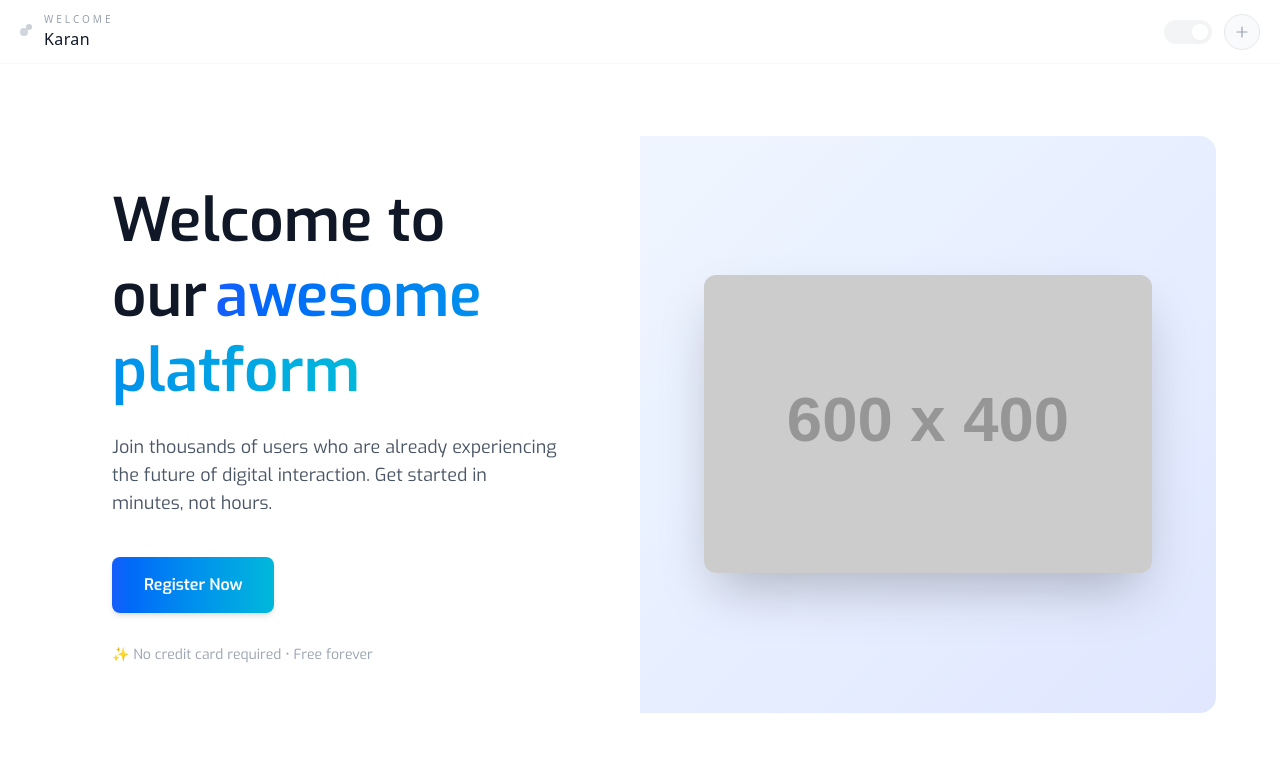
Repository: deepak445566/job
Page: / (app in frontend/)
An editor plug-in stored every save of this project. The page is shown before and after the next save, followed by the edit.
The browser window is 1280 px wide. The pictures show the whole page.
The page's requests for data from a server got no answer. Some web fonts or font styles are not loaded; a fallback is used. The project was rebuilt for these pictures with package versions that can differ from the ones it lists, and the page was loaded fresh each time. Some packages were replaced by stand-ins written for this rebuild. No one was signed in, and anything a server would have sent is missing. Also part of the build but not shown: frontend/vite.config.js, frontend/src/Components/auth/Login.jsx, frontend/src/Components/study/StudyDashboard.jsx, frontend/src/Components/chill/ChillDashboard.jsx.

Above is the page before, as saved 2026-02-26 13:57:53.

### frontend/index.html
<!doctype html>
<html lang="en">
  <head>
    <meta charset="UTF-8" />
    <link rel="icon" type="image/svg+xml" href="/vite.svg" />
    <meta name="viewport" content="width=device-width, initial-scale=1.0" />
    <title>frontend</title>
    <link rel="preconnect" href="https://fonts.googleapis.com">
<link rel="preconnect" href="https://fonts.gstatic.com" crossorigin>
<link href="https://fonts.googleapis.com/css2?family=Exo:ital,wght@0,100..900;1,100..900&family=Playfair+Display:ital,wght@0,400..900;1,400..900&display=swap" rel="stylesheet">
  </head>
  <body>
    <div id="root"></div>
    <script type="module" src="/src/main.jsx"></script>
  </body>
</html>

### frontend/src/main.jsx
import { StrictMode } from 'react'
import { createRoot } from 'react-dom/client'
import './index.css'
import App from './App.jsx'
import {BrowserRouter} from 'react-router-dom'
import { AppContextProvider } from './context/AppContextProvider.jsx'




createRoot(document.getElementById('root')).render(
  <BrowserRouter>
  <AppContextProvider>
  <StrictMode>
    <App />
  </StrictMode>
  </AppContextProvider>
  </BrowserRouter>
)

### frontend/src/index.css
@import "tailwindcss";
.exo{
  font-family: "Exo", sans-serif;

  font-style: normal;
}

### frontend/src/App.jsx
import React from "react";
import Login from "./Components/auth/Login";
import { Route, Routes } from "react-router-dom";
import Dashboard from "./Components/Dashboard";
import { useAppContext } from "./context/AppContextProvider";
import Navbar from "./Components/common/Navbar";

function App() {
  const { showLogin } = useAppContext(); // user bhi lein context se

  return (
    <div>
      {/* Navbar hamesha dikhega */}
      <Navbar />

      {/* Login modal - tabhi dikhega jab showLogin true ho */}
      {showLogin && <Login />}

      <Routes>
        <Route path="/" element={<Dashboard />} />
      </Routes>
    </div>
  );
}

export default App;

### frontend/src/context/AppContextProvider.jsx
import { useContext, useEffect, useState } from "react";
import { useNavigate } from "react-router-dom";
import axios from "axios";
import { AppContext } from "./AppContext";
import toast from 'react-hot-toast';

axios.defaults.withCredentials = true;
axios.defaults.baseURL = import.meta.env.VITE_BACKEND_URL;
console.log("Base URL:", import.meta.env.VITE_BACKEND_URL);

export const AppContextProvider = ({ children }) => {
  const navigate = useNavigate();
  const [user, setUser] = useState(null);
  const [mode, setMode] = useState('chill'); // Default 'chill' ya 'study'
  const [showLogin, setShowLogin] = useState(false);
  const [loading, setLoading] = useState(true);

  const fetchUser = async () => {
    try {
      const { data } = await axios.get("/api/auth/isauth");
      if (data.success) {
        setUser(data.user);
        // User login hai toh uski mode fetch karo
        fetchUserMode();
      }
    } catch (error) {
      setUser(null);
    } finally {
      setLoading(false);
    }
  };

  // User ka mode fetch karne ka function
  const fetchUserMode = async () => {
    try {
      const { data } = await axios.get("/api/mode/");
      if (data.success) {
        setMode(data.mode);
      }
    } catch (error) {
      console.log("Error fetching mode:", error);
    }
  };

  // Mode toggle karne ka function
  const toggleMode = async () => {
    if (!user) {
      toast.error("Please login first");
      setShowLogin(true);
      return;
    }

    try {
      const { data } = await axios.put("/api/mode/switch");
      if (data.success) {
        setMode(data.mode);
        toast.success(data.message);
      }
    } catch (error) {
      toast.error(error.response?.data?.message || "Error switching mode");
    }
  };

  useEffect(() => {
    fetchUser();
  }, []);

  return (
    <AppContext.Provider
      value={{
        navigate,
        user,
        setUser,
        axios,
        setShowLogin,
        showLogin,
        mode,
        setMode,
        toggleMode,
        loading
      }}
    >
      {children}
    </AppContext.Provider>
  );
};

export const useAppContext = () => useContext(AppContext);

### frontend/src/Components/Dashboard.jsx
// components/Dashboard.jsx
import React from 'react';
import { useAppContext } from '../context/AppContextProvider';
import StudyDashboard from './study/StudyDashboard';
import ChillDashboard from './chill/ChillDashboard';

function Dashboard() {
  const { mode, user, setShowLogin, loading } = useAppContext();

  // Loading state
  if (loading) {
    return (
      <div className="min-h-screen flex items-center justify-center">
        <div className="text-center">
          <div className="w-16 h-16 border-4 border-blue-500 border-t-transparent rounded-full animate-spin mx-auto mb-4"></div>
          <p className="text-gray-600">Loading dashboard...</p>
        </div>
      </div>
    );
  }

  // Agar user login nahi hai
  if (!user) {
    return (
     <div className="min-h-screen  flex items-center justify-center  exo">

      <div className="max-w-6xl w-full   rounded-2xl overflow-hidden flex flex-col md:flex-row">

        {/* Left side: Text and button */}
        <div className="w-full md:w-1/2 p-8 sm:p-10 lg:p-12 flex flex-col justify-center space-y-6">
          {/* Heading */}
          <h1 className="text-4xl sm:text-6xl font-semibold text-gray-900 leading-tight">
            Welcome to our
            <span className="text-transparent bg-clip-text bg-gradient-to-r from-blue-600 to-cyan-500 block sm:inline sm:ml-2">
              awesome platform
            </span>
          </h1>

          {/* Paragraph */}
          <p className="text-lg text-gray-600 max-w-md">
            Join thousands of users who are already experiencing the future of digital interaction. Get started in minutes, not hours.
          </p>

          {/* Register Now Button */}
          <div className="pt-4">
            <button className="px-8 py-4 bg-gradient-to-r from-blue-600 to-cyan-500 text-white font-semibold rounded-lg shadow-md hover:shadow-lg transform hover:scale-105 transition-all duration-300 ease-in-out focus:outline-none focus:ring-2 focus:ring-blue-400 focus:ring-offset-2">
              Register Now
            </button>
          </div>

          {/* Optional extra trust indicator */}
          <p className="text-sm text-gray-400 pt-2">✨ No credit card required • Free forever</p>
        </div>

        {/* Right side: Image */}
        <div className="w-full md:w-1/2 bg-gradient-to-br from-blue-50 to-indigo-100 flex items-center justify-center p-8 sm:p-10 lg:p-12">
          {/*
            Using a placeholder image from placeholder.com.
            Replace the src with your own image.
            The image is made responsive with object-fit to maintain aspect ratio.
          */}
          <img
            src="https://placehold.co/600x400/3b82f6/ffffff/png?text=Your+Image+Here&font=montserrat"
            alt="Hero visual representing our platform"
            className="w-full h-auto max-w-md rounded-xl shadow-2xl object-cover transform hover:scale-105 transition-transform duration-500"
          />
        </div>
      </div>
    </div>
    );
  }

  // Mode ke hisaab se dashboard render karo
  return (
    <div className="transition-all duration-500">
      {mode === 'study' ? <StudyDashboard /> : <ChillDashboard />}
    </div>
  );
}

export default Dashboard;

### frontend/src/Components/common/Navbar.jsx
import React, { useState } from "react";
import { useAppContext } from "../../context/AppContextProvider";
import toast from "react-hot-toast";

function Navbar() {
  const { user, setUser, axios, setShowLogin, navigate, mode, toggleMode } =
    useAppContext();
  const [loggingOut, setLoggingOut] = useState(false);
  const [togglingMode, setTogglingMode] = useState(false);
  const [showProfileMenu, setShowProfileMenu] = useState(false);

  const handleLogout = async () => {
    try {
      setLoggingOut(true);
      const { data } = await axios.post("/api/auth/logout");
      if (data.success) {
        setUser(null);
        setShowLogin(true);
        toast.success("Logged out successfully");
        navigate("/");
      } else {
        toast.error(data.message || "Logout failed");
      }
    } catch (error) {
      toast.error(error.response?.data?.message || "Error logging out");
    } finally {
      setLoggingOut(false);
      setShowProfileMenu(false);
    }
  };

  const handleToggleMode = async () => {
    try {
      setTogglingMode(true);
      await toggleMode();
    } catch (error) {
      console.error("Error toggling mode:", error);
    } finally {
      setTogglingMode(false);
    }
  };

  const handleProfileClick = () => {
    if (user) {
      setShowProfileMenu(!showProfileMenu);
    } else {
      setShowLogin(true);
    }
  };

  // Get first letter of name for avatar
  const getInitial = () => {
    if (user?.username) return user.username[0].toUpperCase();
    if (user?.email) return user.email[0].toUpperCase();
    return 'K';
  };

  return (
    <nav className="bg-white/80 backdrop-blur-xl px-5 py-3 border-b border-gray-100/50 sticky top-0 z-50">
      <div className="flex justify-between items-center max-w-7xl mx-auto">
        {/* Left Side - Minimal Luxury Greeting */}
        <div className="flex items-center gap-4">
          {/* Ultra-minimal greeting dot */}
          <div className="relative">
            <div className="w-2 h-2 bg-gray-300 rounded-full"></div>
            <div className="absolute -top-1 -right-1 w-1.5 h-1.5 bg-gray-400 rounded-full opacity-50"></div>
          </div>

          {/* Name with exquisite typography */}
          <div className="flex flex-col">
            <span className="text-[10px] uppercase tracking-[0.3em] text-gray-400 font-light">
              Welcome
            </span>
            <div className="flex items-center gap-2">
              <span className="text-base font-light text-gray-900 tracking-wide">
                {user?.username || user?.email?.split('@')[0] || 'Karan'}
              </span>
              {user && (
                <span className="w-1 h-1 bg-gray-300 rounded-full"></span>
              )}
            </div>
          </div>
        </div>

        {/* Right Side - Ultra Minimal Actions */}
        <div className="flex items-center gap-3">
          {/* Mode Toggle - Refined Switch */}
          <button
            onClick={handleToggleMode}
            disabled={togglingMode || !user}
            className={`relative w-12 h-6 rounded-full transition-all duration-700 ${
              user
                ? mode === 'study'
                  ? 'bg-gray-900'
                  : 'bg-gray-400'
                : 'bg-gray-100 cursor-not-allowed'
            }`}
            title={!user ? "Login to switch mode" : `Switch to ${mode === 'study' ? 'Chill' : 'Study'}`}
          >
            <span
              className={`absolute top-1 left-1 w-4 h-4 bg-white rounded-full shadow-xl transform transition-all duration-500 ease-in-out ${
                mode === 'chill' ? 'translate-x-6' : ''
              }`}
            />
          </button>

          {/* Profile - Museum Quality */}
          <div className="relative">
            <button
              onClick={handleProfileClick}
              className="group relative focus:outline-none"
            >
              {/* Ultra subtle ring */}
              {user && (
                <div className="absolute -inset-0.5 bg-gradient-to-r from-gray-200 to-gray-300 rounded-full opacity-0 group-hover:opacity-100 transition-opacity duration-500 blur-[1px]"></div>
              )}

              {/* Minimal Avatar */}
              <div className={`relative w-9 h-9 rounded-full flex items-center justify-center transition-all duration-300 ${
                user
                  ? 'bg-gray-900 text-white border border-white/20'
                  : 'bg-gray-50 text-gray-400 border border-gray-200'
              }`}>
                {user ? (
                  <span className="text-xs font-light tracking-wider">{getInitial()}</span>
                ) : (
                  <svg width="16" height="16" viewBox="0 0 16 16" fill="none" xmlns="http://www.w3.org/2000/svg">
                    <path d="M8 3V13M3 8H13" stroke="currentColor" strokeWidth="1.2" strokeLinecap="round"/>
                  </svg>
                )}
              </div>
            </button>

            {/* Profile Menu - Minimal Luxury Dropdown */}
            {showProfileMenu && user && (
              <>
                {/* Backdrop */}
                <div
                  className="fixed inset-0 z-40"
                  onClick={() => setShowProfileMenu(false)}
                />

                {/* Menu Card - Like a luxury boutique */}
                <div className="absolute right-0 mt-3 w-56 bg-white/95 backdrop-blur-xl rounded-2xl shadow-[0_20px_40px_-15px_rgba(0,0,0,0.1)] border border-gray-100/80 z-50 overflow-hidden">
                  {/* User Info - Minimal */}
                  <div className="px-5 py-4 border-b border-gray-100/50">
                    <p className="text-xs text-gray-400 uppercase tracking-[0.2em] mb-2 font-light">
                      Account
                    </p>
                    <p className="text-sm font-medium text-gray-900 mb-0.5">
                      {user.username || 'User'}
                    </p>
                    <p className="text-xs text-gray-400 truncate font-light">
                      {user.email || 'user@example.com'}
                    </p>
                  </div>

                  {/* Menu Items - Refined */}
                  <div className="p-2">
                    <button
                      onClick={() => {
                        setShowProfileMenu(false);
                        navigate('/profile');
                      }}
                      className="w-full px-4 py-2.5 text-left hover:bg-gray-50/80 rounded-xl transition-all duration-200 flex items-center gap-3 text-gray-600 group"
                    >
                      <span className="text-sm opacity-50 group-hover:opacity-100 transition-opacity">👤</span>
                      <span className="text-xs font-light tracking-wide">Profile</span>
                    </button>

                    <button
                      onClick={() => {
                        setShowProfileMenu(false);
                        navigate('/settings');
                      }}
                      className="w-full px-4 py-2.5 text-left hover:bg-gray-50/80 rounded-xl transition-all duration-200 flex items-center gap-3 text-gray-600 group"
                    >
                      <span className="text-sm opacity-50 group-hover:opacity-100 transition-opacity">⚙️</span>
                      <span className="text-xs font-light tracking-wide">Settings</span>
                    </button>

                    <div className="h-px bg-gray-100/50 my-2"></div>

                    <button
                      onClick={handleLogout}
                      disabled={loggingOut}
                      className="w-full px-4 py-2.5 text-left hover:bg-red-50/50 rounded-xl transition-all duration-200 flex items-center gap-3 text-red-400 group"
                    >
                      <span className="text-sm opacity-50 group-hover:opacity-100 transition-opacity">🚪</span>
                      <span className="text-xs font-light tracking-wide flex-1">
                        {loggingOut ? "Exiting..." : "Sign out"}
                      </span>
                      {loggingOut && (
                        <span className="w-3 h-3 border border-red-300 border-t-transparent rounded-full animate-spin" />
                      )}
                    </button>
                  </div>
                </div>
              </>
            )}
          </div>
        </div>
      </div>
    </nav>
  );
}

export default Navbar;

Loaded but not shown: frontend/src/context/AppContext.jsx (common file)

After the next save:
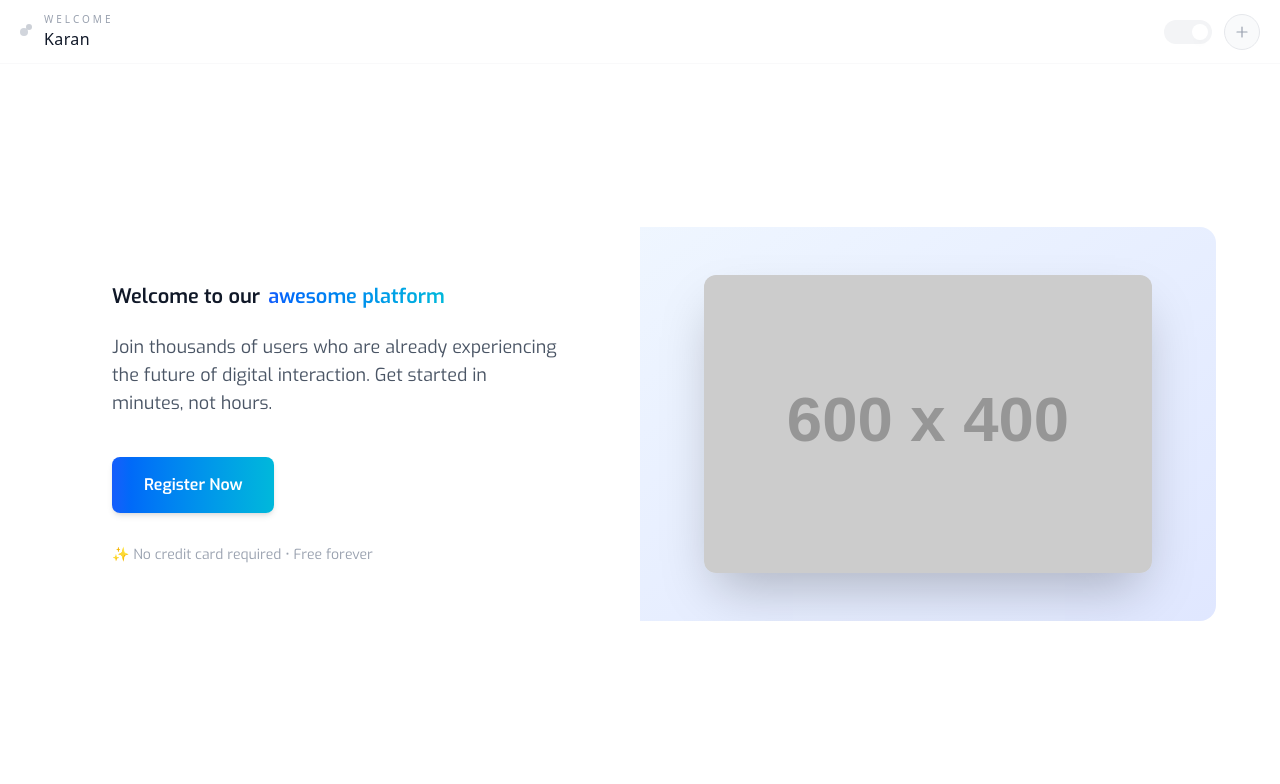
Saved 16 s later.
--- a/frontend/src/Components/Dashboard.jsx
+++ b/frontend/src/Components/Dashboard.jsx
@@ -29,7 +29,7 @@ function Dashboard() {
         {/* Left side: Text and button */}
         <div className="w-full md:w-1/2 p-8 sm:p-10 lg:p-12 flex flex-col justify-center space-y-6">
           {/* Heading */}
-          <h1 className="text-4xl sm:text-6xl font-semibold text-gray-900 leading-tight">
+          <h1 className="text-4xl sm:text-xl font-semibold text-gray-900 leading-tight">
             Welcome to our
             <span className="text-transparent bg-clip-text bg-gradient-to-r from-blue-600 to-cyan-500 block sm:inline sm:ml-2">
               awesome platform
